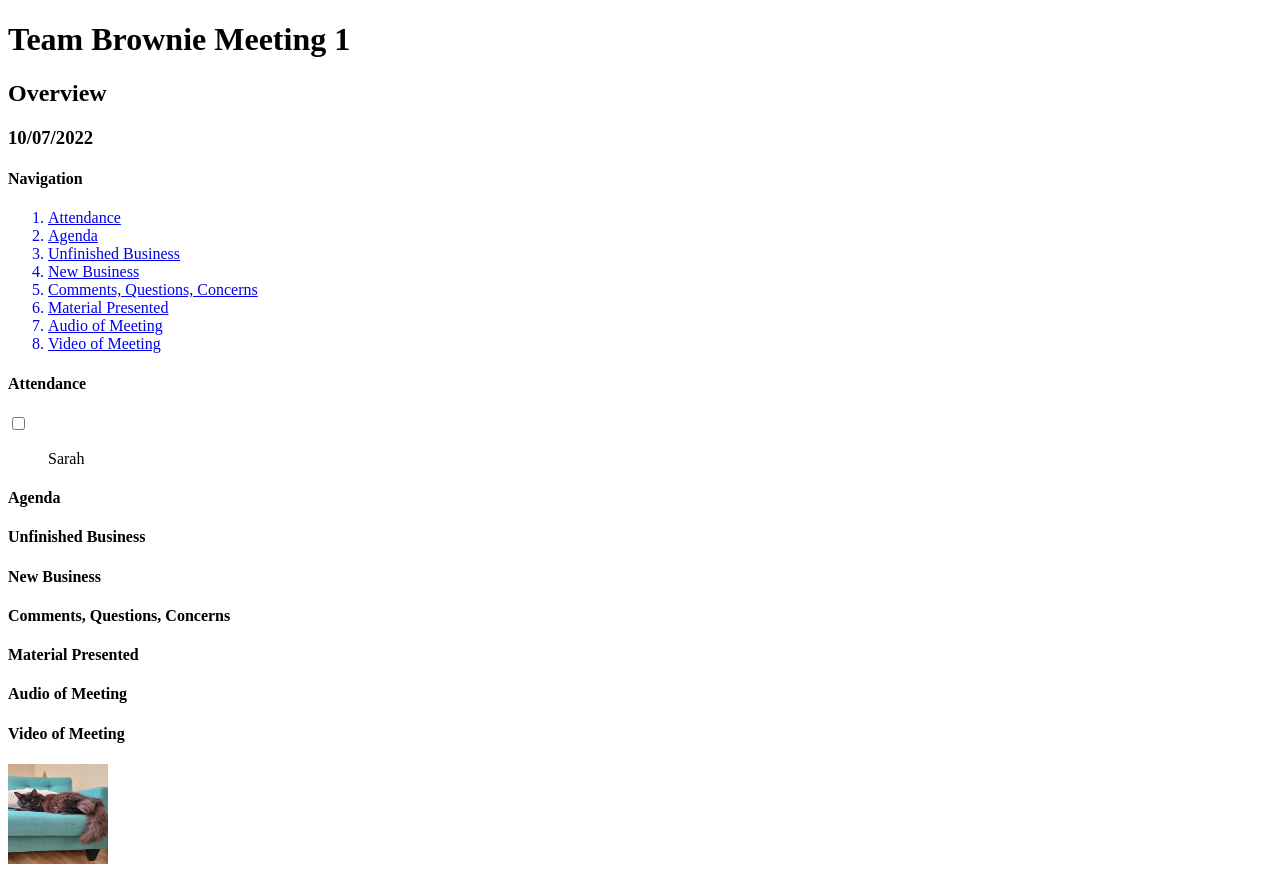
Repository: sarahtthomson/fa22-cse110-lab3
Page: index.html
An editor plug-in stored every save of this project. The page is shown before and after the next save, followed by the edit.
The browser window is 1280 px wide. The pictures show the whole page.

Above is the page before, as saved 2022-10-07 15:08:36.

### index.html
<!DOCTYPE html>
<html lang="en">
    <head>
        <Title>Team Brownie</Title>
        <meta name="description" content="Meeting minutes for Team Brownie">
        <link rel="icon" href="/favicon.ico" />
    </head>
    <body>
        <header>
            <h1>Team Brownie Meeting 1</h1>
            <h2>Overview</h2>
            <h3>10/07/2022</h3>
        </header>
        <main>
            <div class="nav">
                <h4>Navigation</h4>
                <ol>
                    <a href="#Attendance" class="btn"><li>Attendance</li></a>
                    <a href="#Agenda" class="btn"><li>Agenda</li></a>
                    <a href="#Unfinished Business" class="btn"><li>Unfinished Business</li></a>
                    <a href="#New Business" class="btn"><li>New Business</li></a>
                    <a href="#Comments" class="btn"><li>Comments, Questions, Concerns</li></a>
                    <a href="#Material" class="btn"><li>Material Presented</li></a>
                    <a href="#Audio" class="btn"><li>Audio of Meeting</li></a>
                    <a href="#Video" class="btn"><li>Video of Meeting</li></a>
                </ol>
            </div>
            <div class="Attendance" id="Attendance">
                <h4>Attendance</h4>
                <input type="checkbox"><label><ul>Sarah</ul></label>
            </div>
            <div class="Agenda" id="Agenda">
                <h4>Agenda</h4>
            </div>
            <div class="Unfinished Business" id="Agenda">
                <h4>Unfinished Business</h4>
            </div>
            <div class="New Business" id="New Business">
                <h4>New Business</h4>
            </div>
            <div class="Comments" id="Comments">
                <h4>Comments, Questions, Concerns</h4>
            </div>
            <div class="Material" id="Material">
                <h4>Material Presented</h4>
            </div>
            <div class="Audio" id="Audio">
                <h4>Audio of Meeting</h4>
            </div>
            <div class="Video" id="Video">
                <h4>Video of Meeting</h4>
            </div>
        </main>
        <img height="100" width="100" src="/cat.jpg">
    </body>
</html>

After the next save:
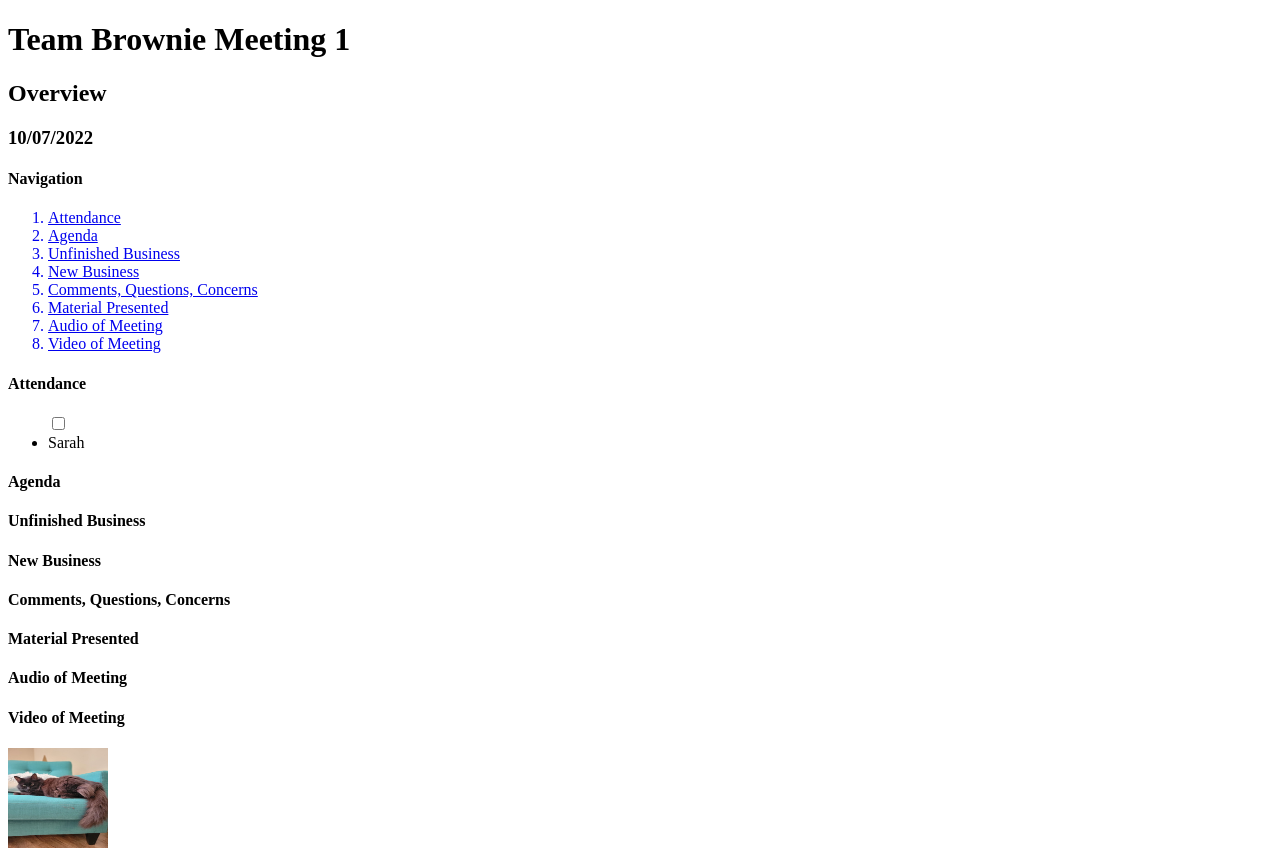
Saved 50 s later.
--- a/index.html
+++ b/index.html
@@ -27,7 +27,9 @@
             </div>
             <div class="Attendance" id="Attendance">
                 <h4>Attendance</h4>
-                <input type="checkbox"><label><ul>Sarah</ul></label>
+                <ul>
+                    <input type="checkbox"><li>Sarah</li>
+                </ul>
             </div>
             <div class="Agenda" id="Agenda">
                 <h4>Agenda</h4>
